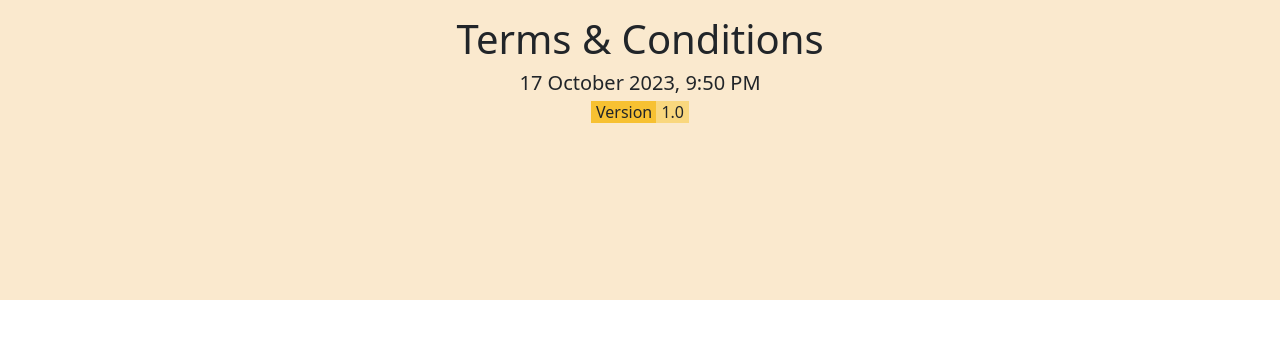
Repository: injectGroup/github.io
Page: terms.html
An editor plug-in stored every save of this project. The page is shown before and after the next save, followed by the edit.
The browser window is 1280 px wide. The pictures show the whole page.

Above is the page before, as saved 2023-11-30 07:28:09.

After the next save:
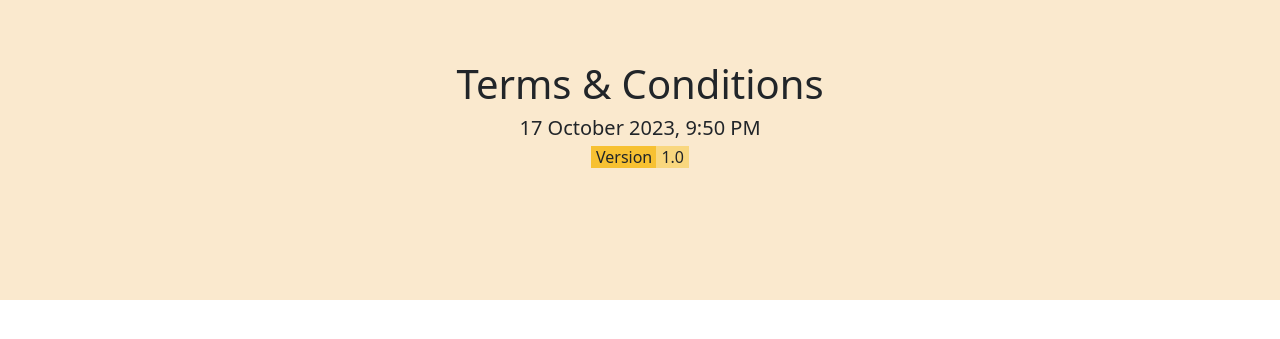
Saved 9 s later.
--- a/gouldwalletlegal/css/gouldcustom.css
+++ b/gouldwalletlegal/css/gouldcustom.css
@@ -12,8 +12,7 @@
     padding: 16px 0px 16px 0px;
     height: 300px;
     width: 100%;
-    padding-top: 15px;
-
+    padding-top: 60px;
     margin-right: auto;
     margin-left: auto;
     display: block;
